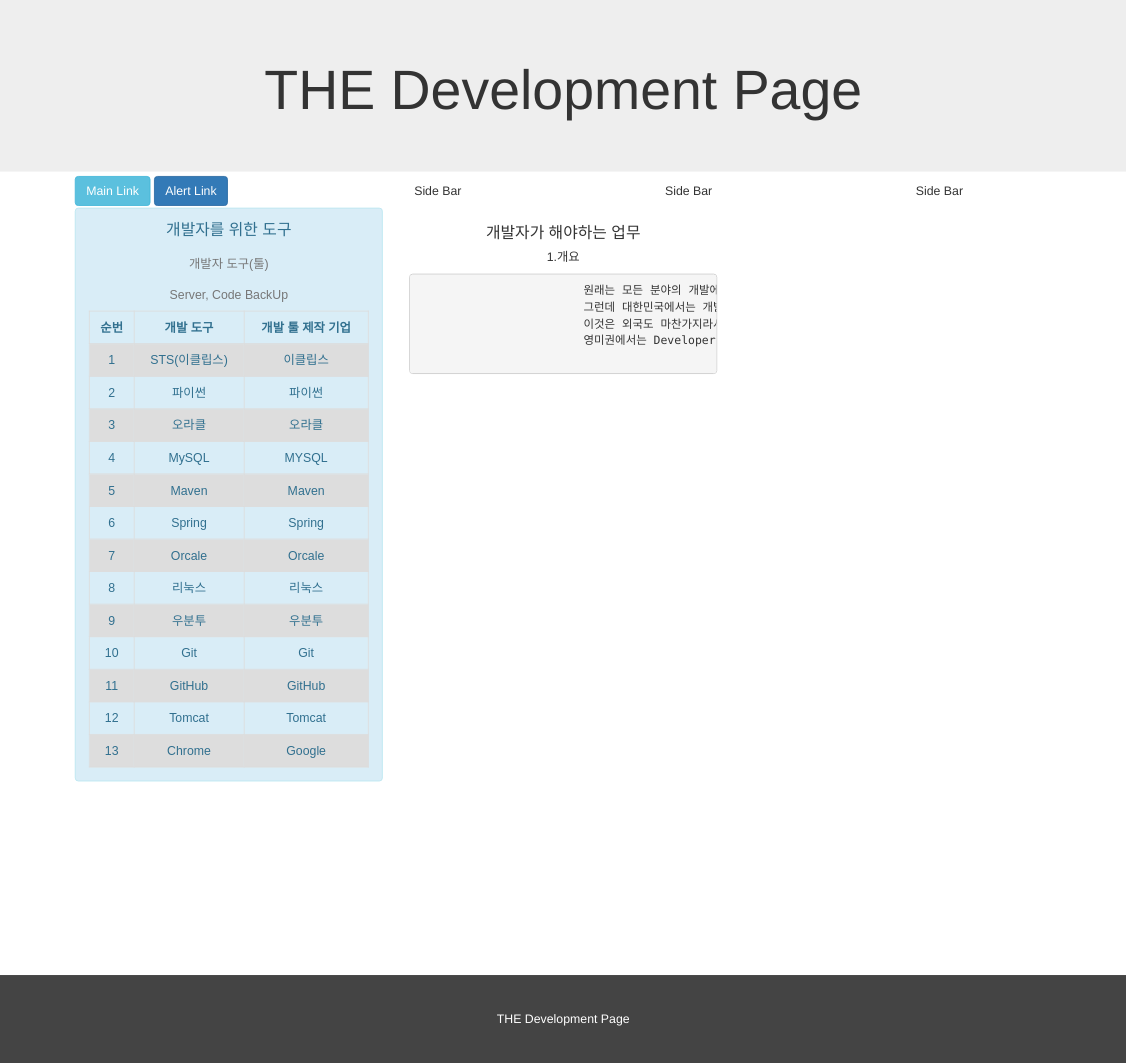
Repository: as2019a/spring
Page: http://localhost/ch19_project_mavenwebsite/WEB-INF/views/development.jsp
An editor plug-in stored every save of this project. The page is shown before and after the next save, followed by the edit.
The browser window is 1280 px wide. The pictures show the whole page, at 88% of full size.
Some web libraries are served in a nearby version. The page is served by Tomcat 9. Nobody is signed in. Other server files are loaded and not shown. The template is opened directly, without the code that normally fills it, so the values that code supplies are empty.

Above is the page before, as saved 2019-01-30 08:09:42.

### ch19_project_mavenwebsite/src/main/webapp/WEB-INF/views/development.jsp
<%@ page language="java" contentType="text/html; charset=UTF-8"
    pageEncoding="UTF-8"%>
<%@ taglib prefix="c" uri="http://java.sun.com/jsp/jstl/core" %>
<%@ taglib prefix="sec" uri="http://www.springframework.org/security/tags" %>
<!DOCTYPE html>
<html>
<head>
<meta charset="UTF-8">
<meta name="viewport"
 	  content="width=device-width, initial-scale=1">
<title>THE Development Page</title>
<link href="https://maxcdn.bootstrapcdn.com/bootstrap/3.3.2/css/bootstrap.min.css" rel="stylesheet">
<link rel="stylesheet" href="https://use.fontawesome.com/releases/v5.5.0/css/all.css">
<style type="text/css">
	.jumbotron{
			margin-bottom: 5px;
	}

	h5{
		text-align:center;
	}

	#sa:hover{
		color:fuchsia;
	}

	#sc:hover{
		color:orange;
	}

	#sf:hover{
		color:lime;
	}

	table {
	  font-family: arial, sans-serif;
	  border-collapse: collapse;
	  width: 100%;
	}

	td, th {
	  border: 1px solid #dddddd;
	  text-align:center;
	  padding: 8px;
	}

	tr:nth-child(even) {
	  background-color: #dddddd;
	}

	.footer{
		height: 100px;
		line-height: 100px;
		background-color: #444;
		color: white;
		text-align: center;
		margin-top: 200px;
	}

</style>
</head>
<body>
	<div class="jumbotron">
		<h1 class="text-center" style="">THE Development Page</h1>
	</div>
	<div class="container">
	  <div class="row">
	  	<div class="col-sm-12">
	  		<div class="col-sm-3">
	  			<a href="/main" type="button" class="btn btn-info">Main Link</a>
	  			<button type="button" class="btn btn-primary" onclick="alertsone()">
	  			Alert Link</button>
	  		</div>
	  		<div class="col-sm-3">
	  			<h5 id="sa">Side Bar</h5>
	  		</div>
	  		<div class="col-sm-3">
	  			<h5 id="sc">Side Bar</h5>
	  		</div>
	  		<div class="col-sm-3">
	  			<h5 id="sf">Side Bar</h5>
	  		</div>
	  	</div>
	    <div class="col-xs-12">
	    	<div class="col-xs-4">
	    		<div class="alert alert-info">
	    			<h4 style="font-size:large;text-align:center;">개발자를 위한 도구</h4>
	    			<table>
	    				<caption class="text-center">개발자 도구(툴)</caption>
	    				<caption class="text-center">Server, Code BackUp</caption>
	    				<thead>
	    					<tr>
	    						<th>순번</th>
	    						<th>개발 도구</th>
	    						<th>개발 툴 제작 기업</th>
	    					</tr>
	    					<tr>
	    						<td>1</td>
	    						<td>STS(이클립스)</td>
	    						<td>이클립스</td>
	    					</tr>
	    					<tr>
	    						<td>2</td>
	    						<td>파이썬</td>
	    						<td>파이썬</td>
	    					</tr>
	    					<tr>
	    						<td>3</td>
	    						<td>오라클</td>
	    						<td>오라클</td>
	    					</tr>
	    					<tr>
	    						<td>4</td>
	    						<td>MySQL</td>
	    						<td>MYSQL</td>
	    					</tr>
	    					<tr>
	    						<td>5</td>
	    						<td>Maven</td>
	    						<td>Maven</td>
	    					</tr>
	    					<tr>
	    						<td>6</td>
	    						<td>Spring</td>
	    						<td>Spring</td>
	    					</tr>
	    					<tr>
	    						<td>7</td>
	    						<td>Orcale</td>
	    						<td>Orcale</td>
	    					</tr>
	    					<tr>
	    						<td>8</td>
	    						<td>리눅스</td>
	    						<td>리눅스</td>
	    					</tr>
	    					<tr>
	    						<td>9</td>
	    						<td>우분투</td>
	    						<td>우분투</td>
	    					</tr>
	    					<tr>
	    						<td>10</td>
	    						<td>Git</td>
	    						<td>Git</td>
	    					</tr>
	    					<tr>
	    						<td>11</td>
	    						<td>GitHub</td>
	    						<td>GitHub</td>
	    					</tr>
	    					<tr>
	    						<td>12</td>
	    						<td>Tomcat</td>
	    						<td>Tomcat</td>
	    					</tr>
	    					<tr>
	    						<td>13</td>
	    						<td>Chrome</td>
	    						<td>Google</td>
	    					</tr>
	    				</thead>

	    			</table>
	    		</div>
	    	</div>
	    	<div class="col-xs-4">
	    		<h2 style="font-size:large;text-align:center;">개발자가 해야하는 업무</h2>
	    		<h5>1.개요</h5>
	    		<pre>
	    		원래는 모든 분야의 개발에 대해 사용되는 용어다.
	    		그런데 대한민국에서는 개발자라고 하면 주로 '소프트웨어 개발자'를 떠올리곤 한다.
	    		이것은 외국도 마찬가지라서 위키백과에서 Developer를 검색해보면 Software Developer와 Game Developer가 나온다. Developer라는 용어가 사용되는 또 다른 중요한 분야인 부동산 개발 분야는 우리나라에서는 오히려 '디벨로퍼'라는 단어가 사용되고 있다.
	    		영미권에서는 Developer 를 줄인 Dev라는 이름으로 불리는 일도 많다.
	    		</pre>
	    	</div>
	    	<div class="col-xs-4">

	    	</div>
	    </div>
	  </div>
	</div>
	<div class="footer">
		<p class="text-center" style="">THE Development Page</p>
	</div>
	<script src="https://code.jquery.com/jquery-3.3.1.min.js"></script>
	<script src="https://maxcdn.bootstrapcdn.com/bootstrap/3.3.2/js/bootstrap.min.js"></script>
	<script type="text/javascript">

	</script>
</body>
</html>

After the next save:
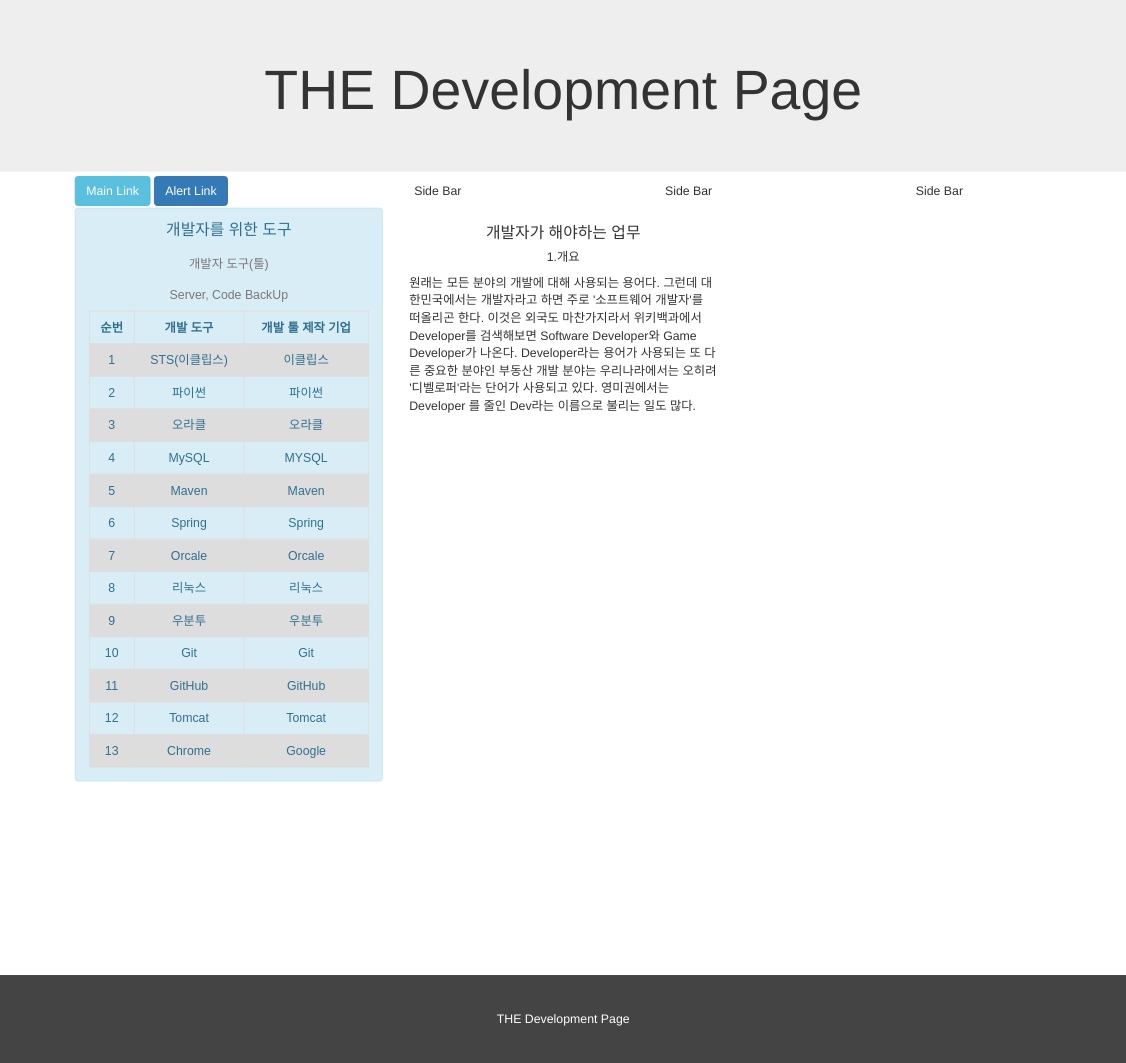
Saved 26 s later.
--- a/ch19_project_mavenwebsite/src/main/webapp/WEB-INF/views/development.jsp
+++ b/ch19_project_mavenwebsite/src/main/webapp/WEB-INF/views/development.jsp
@@ -167,12 +167,12 @@
 	    	<div class="col-xs-4">
 	    		<h2 style="font-size:large;text-align:center;">개발자가 해야하는 업무</h2>
 	    		<h5>1.개요</h5>
-	    		<pre>
+	    		<p>
 	    		원래는 모든 분야의 개발에 대해 사용되는 용어다.
 	    		그런데 대한민국에서는 개발자라고 하면 주로 '소프트웨어 개발자'를 떠올리곤 한다.
 	    		이것은 외국도 마찬가지라서 위키백과에서 Developer를 검색해보면 Software Developer와 Game Developer가 나온다. Developer라는 용어가 사용되는 또 다른 중요한 분야인 부동산 개발 분야는 우리나라에서는 오히려 '디벨로퍼'라는 단어가 사용되고 있다.
 	    		영미권에서는 Developer 를 줄인 Dev라는 이름으로 불리는 일도 많다.
-	    		</pre>
+	    		</p>
 	    	</div>
 	    	<div class="col-xs-4">
 
